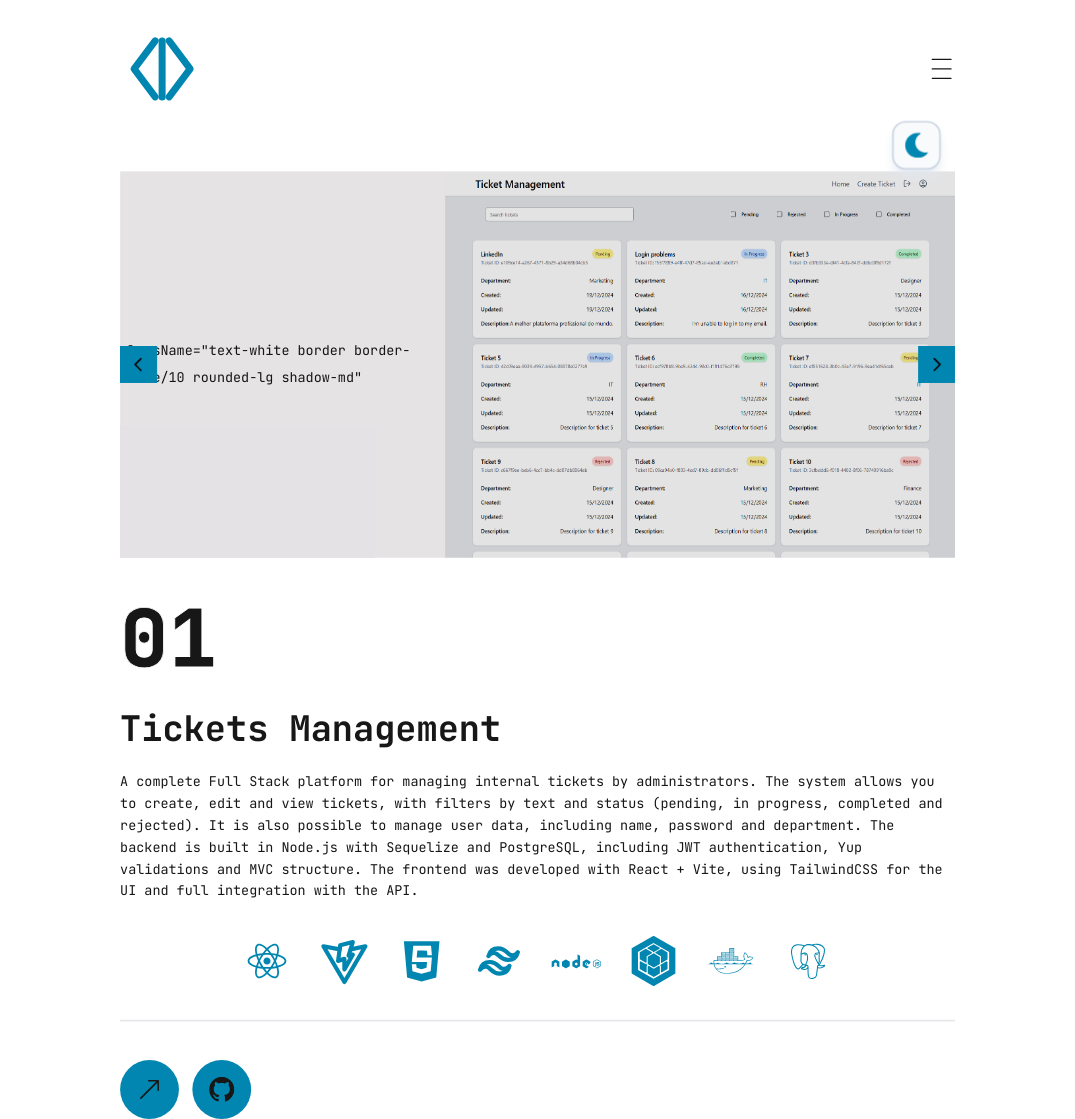
Repository: sergioscker/sergio-portfolio
Page: /work
These files come from the project's save history. The page is drawn as it stood at one moment and after a run of saves; the edit follows.
The browser window is 1280 px wide. The pictures show the whole page, at 84% of full size.
The project was rebuilt for these pictures with package versions that can differ from the ones it lists, and the page was loaded fresh each time. The framework's server and built-in components were replaced by stand-ins that run in the browser. Also part of the build but not shown: next.config.mjs.

Above is the page before, as saved 2025-05-19 21:23:50.

### app/layout.jsx
// fonts
import { JetBrains_Mono } from 'next/font/google';
import './globals.css';

//components
import PageTransition from '@/components/PageTransition';

// import StairTransition from '@/components/StairTransition';
import { Header } from '@/components/Header';
import ThemeSwitcher from '@/components/ThemeSwitcher';
import ThemeProviderWrapper from '@/components/ThemeProvider';
import ClientOnly from '@/components/ClientOnly';

// fonts style
const jetBrainsMono = JetBrains_Mono({
  subsets: ['latin'],
  variable: '--font-jetbrainsMono',
  weight: ['100', '200', '300', '400', '500', '600', '700', '800'],
  display: 'swap',
});

// SEO
export const metadata = {
  title: 'Sérgio Oliveira | Fullstack Developer',
  description:
    'Portfólio profissional de Sérgio Oliveira, desenvolvedor web fullstack especializado em JavaScript, React, Node.js, TypeScript e Next.js. Veja projetos de alta performance e design moderno.',
  keywords:
    'Sérgio Oliveira, Sergio Oliveira portfolio, desenvolvedor web, fullstack developer, frontend, JavaScript, React, Nextjs, Nodejs, TypeScript, projetos web',
  openGraph: {
    title: 'Portfólio | Sérgio Oliveira',
    description:
      'Explore os projetos desenvolvidos por Sérgio Oliveira: soluções modernas em React, Node.js, e mais.',

    url: 'https://sergioliveira-portfolio.vercel.app',
    type: 'website',
  },
  robots: {
    index: true,
    follow: true,
    nocache: false,
    googleBot: {
      index: true,
      follow: true,
    },
  },
};

export default function RootLayout({ children }) {
  return (
    <html lang="en">
      <head>
        <meta
          name="google-site-verification"
          content="S4CLoUW9Lhz9BwQGpCYQw1kK9LWIxFI2aWJaFR9xZfc"
        />
      </head>

      <body className={`${jetBrainsMono.variable}  antialiased`}>
        <ClientOnly>
          <ThemeProviderWrapper>
            <Header />

            <ThemeSwitcher />

            <PageTransition>{children}</PageTransition>
          </ThemeProviderWrapper>
        </ClientOnly>
      </body>
    </html>
  );
}

### app/work/page.jsx
'use client';

import Link from 'next/link';
import Image from 'next/image';

import { useState } from 'react';

// animations
import { motion } from 'framer-motion';

// slider
import { Swiper, SwiperSlide } from 'swiper/react';
import 'swiper/css';

// icons
import { BsArrowUpRight, BsGithub } from 'react-icons/bs';

import {
  SiStyledcomponents,
  SiSequelize,
  SiJest,
  SiTestinglibrary,
} from 'react-icons/si';

import {
  TbBrandTypescript,
  TbBrandPrisma,
  TbBrandTailwind,
  TbBrandNextjs,
  TbBrandVite,
  TbBrandFigma,
} from 'react-icons/tb';

import {
  DiHtml5,
  DiCss3,
  DiReact,
  DiJavascript,
  DiNodejs,
  DiAws,
  DiDocker,
  DiMongodb,
  DiPostgresql,
  DiGit,
} from 'react-icons/di';

import {
  Tooltip,
  TooltipContent,
  TooltipProvider,
  TooltipTrigger,
} from '@/components/ui/tooltip';

//components
import WorkSliderBtns from '@/components/WorkSliderBtns';

const projects = [
  {
    id: '01',
    title: 'Tickets Management',

    description: `A complete Full Stack platform for managing internal tickets by administrators. The system allows you to create, edit and view tickets, with filters by text and status (pending, in progress, completed and rejected). It is also possible to manage user data, including name, password and department.
    The backend is built in Node.js with Sequelize and PostgreSQL, including JWT authentication, Yup validations and MVC structure. The frontend was developed with React + Vite, using TailwindCSS for the UI and full integration with the API.`,

    image: '/assets/work/ticket-management.png',

    live: 'https://ticket-managment.vercel.app',

    github: 'https://github.com/sergioscker/ticket-management',

    stack: [
      { icon: <DiReact size={60} />, name: 'reactJS' },
      { icon: <TbBrandVite size={60} />, name: 'vite' },
      { icon: <DiJavascript size={60} />, name: 'javascript' },
      { icon: <TbBrandTailwind size={60} />, name: 'tailwindcss' },
      { icon: <DiNodejs size={60} />, name: 'nodeJS' },
      { icon: <SiSequelize size={60} />, name: 'ORM sequelize' },
      { icon: <DiDocker size={60} />, name: 'docker' },
      { icon: <DiPostgresql size={60} />, name: 'postgreSQL' },
    ],
  },
  {
    id: '02',
    title: 'Burger Shop',

    description: `BurgerShop is a full-stack application that provides a complete online burger shop experience,
      integrating a robust backend API with a fully responsive frontend interface.
      This project was developed using modern technologies, focusing on practicality,
      efficiency, and security, offering a comprehensive end-to-end solution.`,

    image: '/assets/work/burger shop.png',

    live: 'https://burguershop-eight.vercel.app',

    github: 'https://github.com/sergioscker/burguer-shop',

    stack: [
      { icon: <DiReact size={60} />, name: 'reactJS' },
      { icon: <DiJavascript size={60} />, name: 'javascript' },
      { icon: <SiStyledcomponents size={60} />, name: 'styled-components' },
      { icon: <DiNodejs size={60} />, name: 'nodeJS' },
      { icon: <DiDocker size={60} />, name: 'docker' },
      { icon: <DiPostgresql size={60} />, name: 'postgres' },
      { icon: <DiMongodb size={60} />, name: 'mongoDB' },
      { icon: <DiAws size={60} />, name: 'amazon web services' },
    ],
  },
  {
    id: '03',
    title: 'Tech Solutions',

    description: `I developed a Landing Page for Virtual Headsets using ReactJS,
    with styling done through the styled-components library.`,

    image: '/assets/work/tech solutions.png',

    live: 'https://tech-solutions-kappa.vercel.app',

    github: 'https://github.com/sergioliveira-developer/tech-solutions',

    stack: [
      { icon: <DiReact size={60} />, name: 'reactJS' },
      { icon: <TbBrandVite size={60} />, name: 'vite' },
      { icon: <DiJavascript size={60} />, name: 'javascript' },
      { icon: <DiHtml5 size={60} />, name: 'html5' },
      { icon: <SiStyledcomponents size={60} />, name: 'styled-components' },
      { icon: <TbBrandFigma size={60} />, name: 'figmadesigner' },
      { icon: <DiGit size={60} />, name: 'git' },
    ],
  },
  {
    id: '04',
    title: 'TodoList Pomodoro',

    description: `This is a web application that combines a To-Do List with the Pomodoro technique to boost productivity. It allows users to organize their tasks and manage their time using 25-minute work cycles interspersed with 5-minute breaks.`,

    image: '/assets/work/todo list.png',

    live: 'https://todo-list-with-pomodoro.vercel.app',

    github: 'https://github.com/sergioscker/todo-list-with-pomodoro',

    stack: [
      { icon: <DiReact size={60} />, name: 'reactJS' },
      { icon: <DiJavascript size={60} />, name: 'javascript' },
      { icon: <TbBrandTailwind size={60} />, name: 'tailwindcss' },
      { icon: <DiGit size={60} />, name: 'git' },
      { icon: <TbBrandVite size={60} />, name: 'vite' },
      { icon: <SiJest size={60} />, name: 'jest' },
      { icon: <SiTestinglibrary size={60} />, name: 'testing library' },
    ],
  },

  {
    id: '05',
    title: 'Finantial Control',

    description: `Financial Control is a full-stack application designed to manage and track personal finances.
    It includes a backend API built with NodeJS and TypeScript and a responsive frontend interface using React and Vite.
     The project provides a seamless way to visualize, manage, and track financial data with dynamic charts and detailed forms.`,

    image: '/assets/work/dev-bills.png',

    live: 'https://finantialcontrol.vercel.app',

    github: 'https://github.com/sergioscker/finantial-controls',

    stack: [
      { icon: <TbBrandTypescript size={60} />, name: 'typescript' },
      { icon: <DiJavascript size={60} />, name: 'javascript' },
      { icon: <SiStyledcomponents size={60} />, name: 'styled-components' },
      { icon: <DiMongodb size={60} />, name: 'mongoDB' },
      { icon: <DiNodejs size={60} />, name: 'nodeJS' },
      { icon: <DiGit size={60} />, name: 'git' },
    ],
  },

  {
    id: '06',
    title: 'Users Office',

    description: `This project, named Users-office 💻, is a React-based web application designed for a modern and interactive user experience.
    It uses the latest tools and dependencies to optimize development and ensure high performance in production.`,

    image: '/assets/work/users-office.png',

    live: 'https:/users-office.vercel.app',

    github: 'https:/github.com/sergioliveira-developer/Users-Office',

    stack: [
      { icon: <DiReact size={60} />, name: 'reactJS' },
      { icon: <DiJavascript size={60} />, name: 'javascript' },
      { icon: <SiStyledcomponents size={60} />, name: 'styled-components' },
      { icon: <DiNodejs size={60} />, name: 'nodeJS' },
      { icon: <DiMongodb size={60} />, name: 'mongodb' },
      { icon: <TbBrandPrisma size={60} />, name: 'prisma' },
      { icon: <DiGit size={60} />, name: 'git' },
    ],
  },

  {
    id: '07',
    title: 'Convert Money',

    description: `Currency converter made using HTML, CSS and JavaScript languages.
    Conversion can be made from Brazilian Real to US Dollar, Euro, Pound or Bitcoins.`,

    image: '/assets/work/convert-money.png',

    live: 'https:/converter-coins.vercel.app',

    github: 'https:/github.com/sergioliveira-developer/Convert-Money',

    stack: [
      { icon: <DiHtml5 size={60} />, name: 'html5' },
      { icon: <DiCss3 size={60} />, name: 'css3' },
      { icon: <DiJavascript size={60} />, name: 'javascript' },
      { icon: <DiGit size={60} />, name: 'git' },
    ],
  },
];

const Work = () => {
  const [project, setProject] = useState(projects[0]);

  const handleSlideChange = (swiper) => {
    // get current slide index
    const currentIndex = swiper.activeIndex;

    // update project state based on current slide index
    setProject(projects[currentIndex]);
  };

  return (
    <motion.section
      initial={{ opacity: 0 }}
      animate={{
        opacity: 1,
        transition: { delay: 2.4, duration: 0.4, ease: 'easeIn' },
      }}
      className="min-h-[30vh] flex flex-col justify-center xl:p-8"
    >
      <div className="container mx-auto pt-18 mt-10">
        <div className="flex flex-col xl:flex-row xl:gap-[30px] ">
          {/* projects container */}
          <div
            className="w-full xl:w-[50%] flex
           flex-col justify-between order-2 xl:order-none xl:min-h-[460px]"
          >
            <div className="flex flex-col gap-[30px] h-[50%]">
              {/* outline id */}
              <div className="text-8xl leanding-none font-extrabold dark:text-transparent text-outline mb-2">
                {project.id}
              </div>

              {/* projects category */}
              <h2
                className="text-[42px] font-bold leading-none dark:text-white
               group-hover:text-accent-hover transition-all duration-500 capitalize"
              >
                {project.title}
              </h2>

              {/* projects description */}
              <p className="dark:text-white/60 leading-relaxed">
                {project.description}
              </p>

              {/* stacks */}
              <ul className="flex justify-center items-center gap-3 flex-wrap">
                {project.stack.map((item, index) => {
                  return (
                    <li key={index} className="text-xl text-accent">
                      <TooltipProvider delayDuration={100}>
                        <Tooltip>
                          <TooltipTrigger className="w-[80px] h-[80px] p-8 rounded-md bg-white/5 flex justify-center items-center group">
                            <span className="dark:text-white text-4xl group-hover:text-accent-hover">
                              {item.icon}
                            </span>
                          </TooltipTrigger>

                          <TooltipContent>
                            <span>{item.name}</span>
                          </TooltipContent>
                        </Tooltip>
                      </TooltipProvider>
                    </li>
                  );
                })}
              </ul>

              {/* border */}
              <div className="border dark:border-white/20"></div>

              {/* buttons */}
              <div className="flex items-center gap-4 mt-4">
                {/* live project button */}
                <Link
                  href={project.live}
                  target="_blank"
                  rel="noopener noreferrer"
                >
                  <TooltipProvider delayDuration={100}>
                    <Tooltip>
                      <TooltipTrigger className="w-[70px] h-[70px] rounded-full dark:bg-white/5 bg-accent flex justify-center items-center group">
                        <BsArrowUpRight className="dark:text-white text-3xl group-hover:text-accent-hover" />
                      </TooltipTrigger>

                      <TooltipContent>
                        <p>Live project</p>
                      </TooltipContent>
                    </Tooltip>
                  </TooltipProvider>
                </Link>

                {/* github project button */}
                <Link
                  href={project.github}
                  target="_blank"
                  rel="noopener noreferrer"
                >
                  <TooltipProvider delayDuration={100}>
                    <Tooltip>
                      <TooltipTrigger className="w-[70px] h-[70px] rounded-full dark:bg-white/5 bg-accent flex justify-center items-center group">
                        <BsGithub className="dark:text-white text-3xl group-hover:text-accent-hover" />
                      </TooltipTrigger>

                      <TooltipContent>
                        <p>GitHub repository</p>
                      </TooltipContent>
                    </Tooltip>
                  </TooltipProvider>
                </Link>
              </div>
            </div>
          </div>

          {/* sliders container */}
          <div className="w-full xl:w-[50%]">
            <Swiper
              spaceBetween={30}
              slidesPerView={1}
              className="xl:h-[520px] mb-12"
              onSlideChange={handleSlideChange}
            >
              {projects.map((project, index) => {
                return (
                  <SwiperSlide key={index} className="w-full ">
                    <div
                      className="h-[460px] relative group flex justify-center
                    items-center bg-pink-50/20"
                    >
                                            className="text-white border border-white/10 rounded-lg shadow-md"

                      {/* overlay */}
                      <div className="absolute top-0 bottom-0 w-full h-full bg-black/10 z-10"></div>

                      {/* project image */}
                      <div className="relative w-full h-full">
                        <Image
                          src={project.image}
                          className="object-fill"
                          quality={100}
                          sizes="(max-width: 768px) 100vw, (max-width: 1280px) 50vw, 50vw"
                          alt="project-image"
                          fill
                        />
                      </div>
                    </div>
                  </SwiperSlide>
                );
              })}

              {/* slider buttons */}
              <WorkSliderBtns
                containerStyles="flex gap-2 absolute right-0 bottom-[calc(50%_-_22px)]
                xl:bottom-0 z-20 w-full justify-between xl:w-max xl:justify-none"
                btnStyles="bg-accent hover:bg-accent-hover text-primary text-[22px]
                 w-[44px] h-[44px] flex justify-center items-center transition-all"
              />
            </Swiper>
          </div>
        </div>
      </div>
    </motion.section>
  );
};

export default Work;

### app/globals.css
@tailwind base;
@tailwind components;
@tailwind utilities;

@layer base {
  body {
    @apply font-primary bg-white text-neutral-900 leading-loose;
    @apply dark:bg-primary dark:text-white leading-loose;
    font-family: var(--font-jetbrainsMono);
  }

  .h1 {
    @apply text-[48px] xl:text-[80px] leading-[1.1] font-semibold;
  }

  .h2 {
    @apply text-[36px] xl:text-[48px] leading-[1.1] font-semibold;
  }

  .h3 {
    @apply text-[20px] xl:text-[32px] leading-[1.1] font-semibold;
  }
}

/* Estilos personalizados */
.text-outline {
  -webkit-text-stroke: 1px #ffffff;
}

.text-outline-hover {
  -webkit-text-stroke: 1px #4a8fff;
}

### components/PageTransition.jsx
'use client';

import { AnimatePresence, motion } from 'framer-motion';
import { usePathname } from 'next/navigation';

const PageTransition = ({ children }) => {
  const pathname = usePathname();

  return (
    <AnimatePresence>
      <div key={pathname}>
        <motion.div
          initial={{ opacity: 1 }}
          animate={{
            opacity: 0,
            transition: { delay: 1, duration: 0.4, ease: 'easeInOut' },
          }}
          className="h-screen w-screen fixed bg-primary top-0 pointer-events-none"
        />
        {children}
      </div>
    </AnimatePresence>
  );
};

export default PageTransition;

### components/Header.jsx
import Link from 'next/link';
import { Button } from './ui/button';

//components
import Nav from './Nav';
import MobileNav from './MobileNav';
import Image from 'next/image';

export const Header = () => {
  return (
    <header className="py-8 xl:py-14 dark:text-white">
      <div className="container mx-auto flex justify-between items-center">
        {/* logo */}
        <Link href="/">
          <Image
            src="/assets/icon.svg"
            alt="icon"
            priority
            quality={100}
            width={100}
            height={100}
            draggable="false"
          />
        </Link>

        {/* desktop nav & hire me button */}
        <div className="hidden xl:flex items-center gap-8">
          <Nav />
          <Link href="/contact">
            <Button>Hire me</Button>
          </Link>
        </div>

        {/* mobile nav */}
        <div className="xl:hidden">
          <MobileNav />
        </div>
      </div>
    </header>
  );
};

### components/ThemeSwitcher.jsx
'use client';

import { useTheme } from 'next-themes';
import { FaSun, FaMoon } from 'react-icons/fa';

export default function ThemeSwitcher() {
  const { theme, setTheme } = useTheme();

  return (
    <button
      className="dark:bg-neutral-900 bg-slate-50 hover:text-accent-hover text-accent fixed right-3
    lg:right-40 top-[6.1rem] md:top-36 p-3 border-2 hover:border-slate-400 border-slate-300
     dark:border-neutral-800 dark:hover:border-neutral-500
     rounded-2xl shadow-lg dark:shadow-black shadow-slate-200
     transition delay-100 ease-linear z-40"
      onClick={() => setTheme(theme === 'dark' ? 'light' : 'dark')}
    >
      {theme === 'dark' ? <FaSun size={30} /> : <FaMoon size={30} />}
    </button>
  );
}

### components/ThemeProvider.jsx
'use client';

import { ThemeProvider } from 'next-themes';

export default function ThemeProviderWrapper({ children }) {
  return <ThemeProvider attribute="class">{children}</ThemeProvider>;
}

### components/ClientOnly.jsx
'use client';

import { useEffect, useState } from 'react';

export default function ClientOnly({ children }) {
  const [hasMounted, setHasMounted] = useState(false);

  useEffect(() => {
    setHasMounted(true);
  }, []);

  if (!hasMounted) {
    return null;
  }

  return <>{children}</>;
}

### components/ui/tooltip.jsx
'use client';

import * as React from 'react';
import * as TooltipPrimitive from '@radix-ui/react-tooltip';

import { cn } from '@/lib/utils';

const TooltipProvider = TooltipPrimitive.Provider;

const Tooltip = TooltipPrimitive.Root;

const TooltipTrigger = TooltipPrimitive.Trigger;

const TooltipContent = React.forwardRef(
  ({ className, sideOffset = 4, ...props }, ref) => (
    <TooltipPrimitive.Content
      ref={ref}
      sideOffset={sideOffset}
      className={cn(
        'z-50 overflow-hidden rounded-md border border-slate-200 bg-slate-700  px-3 py-1.5 text-sm text-white shadow-md animate-in fade-in-0 zoom-in-95 data-[state=closed]:animate-out data-[state=closed]:fade-out-0 data-[state=closed]:zoom-out-95 data-[side=bottom]:slide-in-from-top-2 data-[side=left]:slide-in-from-right-2 data-[side=right]:slide-in-from-left-2 data-[side=top]:slide-in-from-bottom-2 dark:border-slate-800 dark:bg-white dark:text-slate-900',
        className,
      )}
      {...props}
    />
  ),
);
TooltipContent.displayName = TooltipPrimitive.Content.displayName;

export { Tooltip, TooltipTrigger, TooltipContent, TooltipProvider };

### components/WorkSliderBtns.jsx
'use client';

import { useSwiper } from 'swiper/react';
import { PiCaretLeftBold, PiCaretRightBold } from 'react-icons/pi';

const WorkSliderBtns = ({ containerStyles, btnStyles, iconsStyles }) => {
  const swiper = useSwiper();

  return (
    <div className={containerStyles}>
      <button className={btnStyles} onClick={() => swiper.slidePrev()}>
        <PiCaretLeftBold className={iconsStyles} />
      </button>

      <button className={btnStyles} onClick={() => swiper.slideNext()}>
        <PiCaretRightBold className={iconsStyles} />
      </button>
    </div>
  );
};

export default WorkSliderBtns;

### components/Nav.jsx
'use client';

import Link from 'next/link';
import { usePathname } from 'next/navigation';

const links = [
  {
    name: 'home',
    path: '/',
  },
  {
    name: 'services',
    path: '/services',
  },
  {
    name: 'resume',
    path: '/resume',
  },
  {
    name: 'work',
    path: '/work',
  },
  {
    name: 'contact',
    path: '/contact',
  },
];

const Nav = () => {
  const pathname = usePathname();

  return (
    <nav className="flex gap-8">
      {links.map((link, index) => {
        return (
          <Link
            href={link.path}
            key={index}
            className={`${
              link.path === pathname && 'text-accent border-b-2 border-accent'
            } capitalize font-medium hover:text-accent-hover transition-all`}
          >
            {link.name}
          </Link>
        );
      })}
    </nav>
  );
};

export default Nav;

Loaded but not shown: lib/utils.js (common file); tailwind.config.js (40 lines, source omitted); components/ui/sheet.jsx (122 lines, source omitted); components/MobileNav.jsx (89 lines, source omitted); components/ui/button.jsx (46 lines, source omitted)

After the next 3 saves:
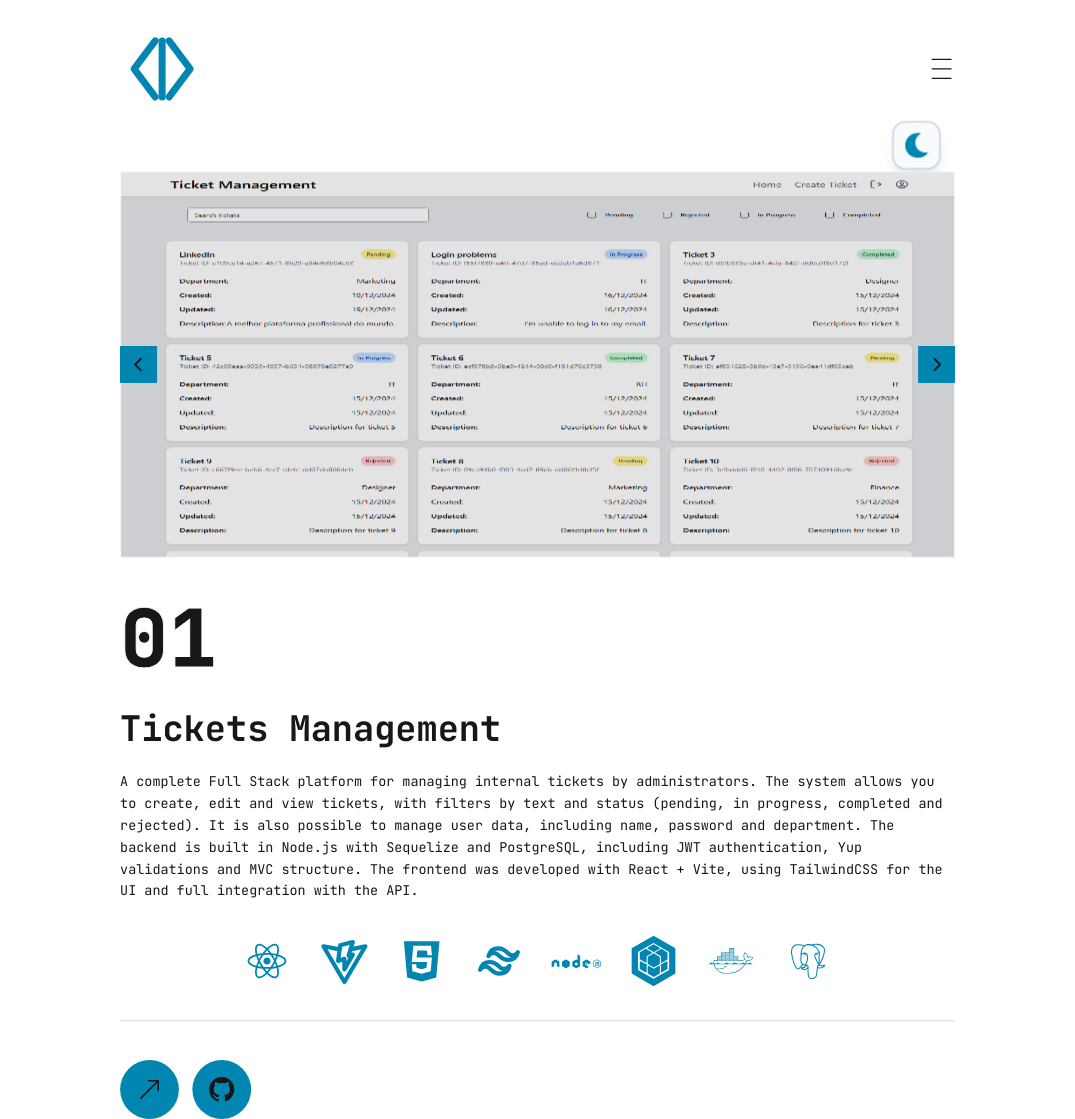
The 3 saves are shown as one change because they came seconds apart.
The last was saved 14 s later.
--- a/app/work/page.jsx
+++ b/app/work/page.jsx
@@ -349,10 +349,8 @@ const Work = () => {
                   <SwiperSlide key={index} className="w-full ">
                     <div
                       className="h-[460px] relative group flex justify-center
-                    items-center bg-pink-50/20"
+                    items-center bg-pink-50/20 border border-white/10"
                     >
-                                            className="text-white border border-white/10 rounded-lg shadow-md"
-
                       {/* overlay */}
                       <div className="absolute top-0 bottom-0 w-full h-full bg-black/10 z-10"></div>
 
